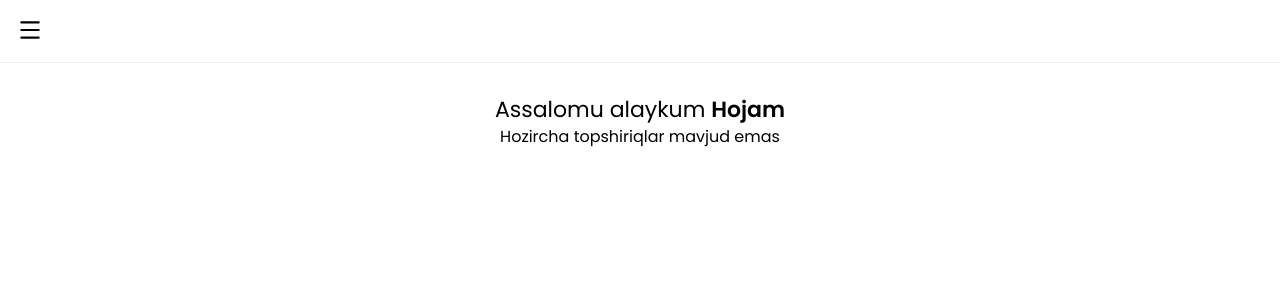
Repository: zaynobiddinovofficel-debug/KotibaAI
Page: / (app in web/)
An editor plug-in stored every save of this project. The page is shown before and after a run of saves, followed by the edit.
The browser window is 1280 px wide. The pictures show the whole page.
Some web fonts or font styles are not loaded; a fallback is used. The project was rebuilt for these pictures with package versions that can differ from the ones it lists, and the page was loaded fresh each time. Also part of the build but not shown: web/vite.config.js.

Above is the page before, as saved 2026-03-25 20:15:42.

### web/index.html
<!doctype html>
<html lang="en">
  <head>
    <meta charset="UTF-8" />
    <link rel="icon" type="image/svg+xml" href="/vite.svg" />
    <meta name="viewport" content="width=device-width, initial-scale=1.0" />
    <title>web</title>
    <link rel="preconnect" href="https://fonts.googleapis.com">
    <link rel="preconnect" href="https://fonts.gstatic.com" crossorigin>
    <link href="https://fonts.googleapis.com/css2?family=Barlow+Semi+Condensed:ital,wght@0,100;0,200;0,300;0,400;0,500;0,600;0,700;0,800;0,900;1,100;1,200;1,300;1,400;1,500;1,600;1,700;1,800;1,900&family=Big+Shoulders:opsz,wght@10..72,100..900&family=Chewy&family=Inter:ital,opsz,wght@0,14..32,100..900;1,14..32,100..900&family=Lexend+Deca:wght@100..900&family=Poppins:ital,wght@0,100;0,200;0,300;0,400;0,500;0,600;0,700;0,800;0,900;1,100;1,200;1,300;1,400;1,500;1,600;1,700;1,800;1,900&family=Roboto+Condensed:ital,wght@0,100..900;1,100..900&display=swap" rel="stylesheet">
  </head>
  <body class="font-[Poppins]">
    <div id="root"></div>
    <script type="module" src="/src/main.jsx"></script>
  </body>
</html>

### web/src/App.jsx
import { Button } from "@/components/ui/button"
import { MenuIcon } from "lucide-react"
import React from "react"
export default function App() {
  const [tasks,setTasks] = React.useState(localStorage.getItem("tasks"));
  const [username,setUsername] = React.useState(localStorage.getItem("username"));
  return (
    <>
    <div className="px-3 py-3 max-w-[1280px] w-full border-b border-b-[#0001]">
      <Button className={`w-[36px]`} variant={'ghost'}>
        <MenuIcon className="size-6.5" />
      </Button>
    </div>
    {tasks??
    <div className="px-3 py-3 max-w-[1280px] w-full flex flex-col items-center my-6 text-center gap-2">
    <span className="text-[22px] leading-none">Assalomu alaykum <b className="font-[550]">
      {username==null?"Hojam":username}
    </b></span>
    <span className="leading-none">Hozircha topshiriqlar mavjud emas</span>
    </div>}
    <div className="px-3 py-3 max-w-[1280px] w-full flex justify-center">

    </div>
    </>
  )
}

### web/src/components/ui/button.jsx
import * as React from "react"
import { Slot } from "@radix-ui/react-slot"
import { cva } from "class-variance-authority"

import { cn } from "@/lib/utils"

const buttonVariants = cva(
  "inline-flex items-center justify-center gap-2 whitespace-nowrap rounded-md text-sm font-medium transition-[color,box-shadow,transform] !duration-0 disabled:pointer-events-none disabled:opacity-50 [&_svg]:pointer-events-none [&_svg:not([class*='size-'])]:size-4 shrink-0 [&_svg]:shrink-0 outline-none focus-visible:border-ring focus-visible:ring-ring/50 focus-visible:ring-[3px] aria-invalid:ring-destructive/20 dark:aria-invalid:ring-destructive/40 aria-invalid:border-destructive active:scale-[0.98]",
  {
    variants: {
      variant: {
        default:
          "bg-primary text-primary-foreground shadow-xs hover:bg-primary/90",
        destructive:
          "bg-destructive text-white shadow-xs hover:bg-destructive/90 focus-visible:ring-destructive/20",
        outline:
          "border bg-background shadow-xs hover:bg-accent hover:text-accent-foreground",
        secondary:
          "bg-secondary text-secondary-foreground shadow-xs hover:bg-secondary/80",
        ghost: "hover:bg-accent hover:text-accent-foreground",
        link: "text-primary underline-offset-4 hover:underline",
      },
      size: {
        default: "h-9 px-4 py-2",
        sm: "h-8 rounded-md gap-1.5 px-3",
        lg: "h-10 rounded-md px-6",
        icon: "size-9",
      },
    },
    defaultVariants: {
      variant: "default",
      size: "default",
    },
  }
)

function Button({ className, variant, size, asChild = false, ...props }) {
  const Comp = asChild ? Slot : "button"

  return (
    <Comp
      data-slot="button"
      className={cn(buttonVariants({ variant, size, className }))}
      {...props}
    />
  )
}

export { Button, buttonVariants }

Loaded but not shown: web/src/main.jsx (common file); web/src/index.css (common file); web/src/lib/utils.js (common file)

After the next 5 saves:
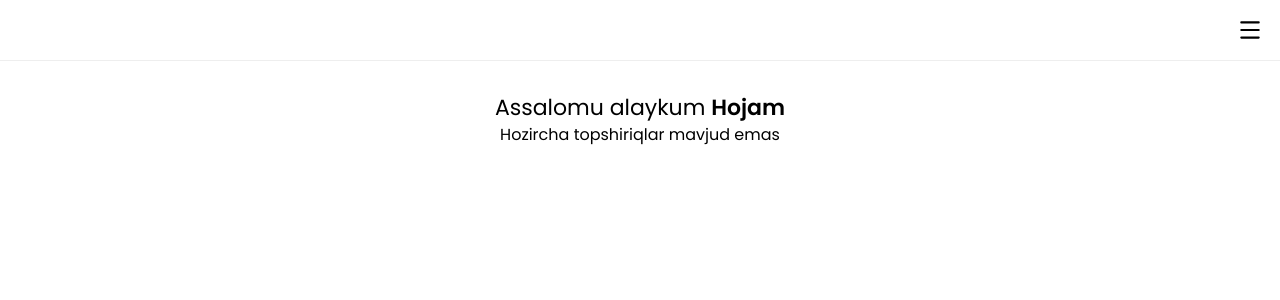
The 5 saves are shown as one change because they came seconds apart.
The last was saved 28 s later.
--- a/web/src/App.jsx
+++ b/web/src/App.jsx
@@ -6,7 +6,7 @@ export default function App() {
   const [username,setUsername] = React.useState(localStorage.getItem("username"));
   return (
     <>
-    <div className="px-3 py-3 max-w-[1280px] w-full border-b border-b-[#0001]">
+    <div className="px-3 py-3 max-w-[1280px] w-full border-b border-b-[#0001] flex justify-end">
       <Button className={`w-[36px]`} variant={'ghost'}>
         <MenuIcon className="size-6.5" />
       </Button>
